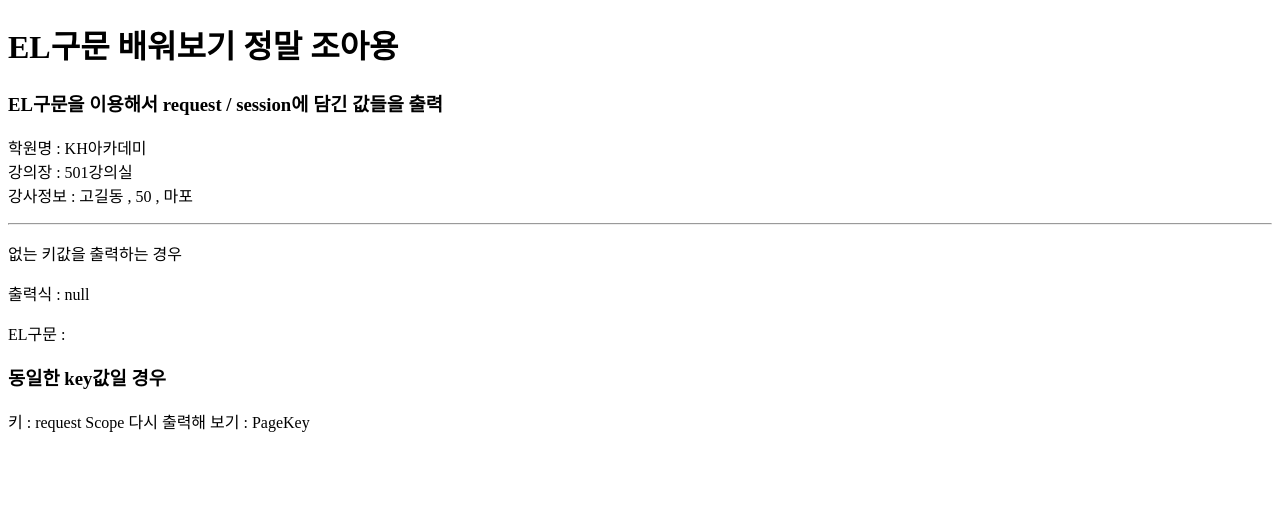
Repository: rlaehqkf/java_practice
Page: http://localhost/ActionProject/el.do
The author's editor kept a copy of each file at every save. The page is drawn from the files as they stood at one save, then again after the next save.
The browser window is 1280 px wide. The pictures show the whole page.
The page is served by Tomcat 9.

Above is the page before, as saved 2026-05-06 06:14:13.

### ActionProject/src/main/webapp/WEB-INF/views/01_el.jsp
<%@ page language="java" contentType="text/html; charset=UTF-8"
    pageEncoding="UTF-8"%>

<%@ page import="com.kh.el.model.dto.Person" %>

<!DOCTYPE html>
<html>
<head>
<meta charset="UTF-8">
<title>초강력 JSP</title>
</head>
<body>

	<h1>EL구문 배워보기 정말 조아용</h1>

	<%--

	<%
		String classRoom = (String)request.getAttribute("classRoom");
		Person student = (Person)request.getAttribute("student");

		String academy = (String)session.getAttribute("academy");
		Person lecture = (Person)session.getAttribute("lecture");
	%>

	<p>
		학원명 : <%= academy %> <br>
		강의장 : <%= classRoom %> <br>
		강사정보 : <%= lecture.getName() %>, <%= lecture.getAge() %>, <%= lecture.getAdress() %> <br><br>

		수강생의 정보
		<ul>
			<li> 이름 : <%= student.getName() %></li>
			<li> 나이 : <%= student.getAge() %></li>
			<li> 주소 : <%= student.getAdress() %></li>
		</ul>
	</p>
	--%>

	<h3>EL구문을 이용해서 request / session에 담긴 값들을 출력</h3>

	<p>
		학원명 : ${ academy } <br>
		강의장 : ${ classRoom } <br>
		강사정보 : ${ lecture.name } , ${ lecture.age } , ${ lecture.address } <br>
					<!-- getName() -->



		<!--
			실제로 필드에 직접 접근하는 것은 불가능
			.name => getName()
			내부적으로 getter메소드를 찾아서 호출하는 값을 출력하는 구조
		-->
	</p>

	<hr>

	<p>없는 키값을 출력하는 경우</p>

	<p>출력식 : <%= request.getAttribute("clasRoom") %> </p>
	<p>EL구문 : ${ clasRoom }</p>

	<h3>동일한 key값일 경우</h3>

	키 : ${ key }

	<%
		// page Scope 에 추가
		pageContext.setAttribute("key", "PageKey");
	%>

	다시 출력해 보기 : ${ key } <br>

	<!--

		EL구문은 가장 적은 범위의 scope부터 키값을 찾음
		page => request => session => application순으로 키 값을 검색

		모든 영역을 다 찾았는데 키가 존재하지 않는다? => 아무일도 일어나지 않음 오류 안남
	 -->











</body>
</html>

### ActionProject/src/main/java/com/kh/el/controller/ElServlet.java
package com.kh.el.controller;

import java.io.IOException;
import javax.servlet.ServletException;
import javax.servlet.annotation.WebServlet;
import javax.servlet.http.HttpServlet;
import javax.servlet.http.HttpServletRequest;
import javax.servlet.http.HttpServletResponse;
import javax.servlet.http.HttpSession;

import com.kh.el.model.dto.Person;


@WebServlet("/el.do")
public class ElServlet extends HttpServlet {
	private static final long serialVersionUID = 1L;


    public ElServlet() {
        super();
        // TODO Auto-generated constructor stub
    }


	protected void doGet(HttpServletRequest request, HttpServletResponse response) throws ServletException, IOException {
		// 만약 서블릿에서 응답할 데이터가 존재한다면!!
		// JSP로 포워딩 할 때 request.setAttribute("name값", "value값") -> forward~~
		// request -> Servlet내장객체 / Scope객체


		// application / session / request / page

		/*
		 * 1. application scope : ServletContext
		 * 한 애플리케이션 당 딱 한개 존재하는 객체
		 * 이 영역에 데이터를 담으면 애플리케이션 전역에서 사용 가능
		 *
		 *
		 * 2. session scope : HttpSession
		 * 하나의 브라우저 당, 한개 존재하는 객체
		 * 이 영역에 데이터를 담으면 JSP/Servlet단에서 사용 가능
		 * 값이 한 번 담기면 서버를 멈추거나, 세션을 비우거나(로그아웃), 브라우저가 닫히기 전까지는 계속 사용 가능
		 *
		 * 3. request scope : HttpServletRequest
		 * 요청 및 응답 시 매번 생성되는 객체
		 * 이 영역에 데이터를 담으면 해당 request를 포워딩 받는 응답 JSP에서만 사용가능(1회성)
		 *
		 * 4. page scope : PageContext
		 * JSP페이지에서만 사용가능
		 *
		 * => 위 객체들에 속성을 추가할 때는 .setAttribute("name값" 벨류);
		 * 							  .getAttribute("name값");
		 * 							  .removeAttribute("name값");
		 *
		 */
		// DB에서 작업한 요청 처리 결과
		// DTO(VO) 한 개, List<DTO>, int, String

		request.setAttribute("classRoom", "501강의실");
		request.setAttribute("student", new Person("홍길동", 15, "한양"));

		// sessionScope
		HttpSession session = request.getSession();
		session.setAttribute("academy", "KH아카데미");
		session.setAttribute("lecture", new Person("고길동", 50, "마포"));

		// 동일한 key
		request.setAttribute("key", "request Scope");
		session.setAttribute("key", "session Scope");


		// 응답 뷰 배정 -> 포워딩
		request.getRequestDispatcher("WEB-INF/views/01_el.jsp").forward(request, response);

	}




	protected void doPost(HttpServletRequest request, HttpServletResponse response) throws ServletException, IOException {
		// TODO Auto-generated method stub
		doGet(request, response);
	}

}

### ActionProject/src/main/java/com/kh/el/model/dto/Person.java
package com.kh.el.model.dto;

public class Person {
	private String name;
	private int age;
	private String address;

	public Person(String name, int age, String address) {
		super();
		this.name = name;
		this.age = age;
		this.address = address;
	}
	public Person() {
		super();
	}
	public String getName() {
		return name;
	}
	public void setName(String name) {
		this.name = name;
	}
	public int getAge() {
		return age;
	}
	public void setAge(int age) {
		this.age = age;
	}
	public String getAddress() {
		return address;
	}
	public void setAdress(String address) {
		this.address = address;
	}

	@Override
	public String toString() {
		return "Person [name=" + name + ", age=" + age + ", address=" + address + "]";
	}



}

After the next save:
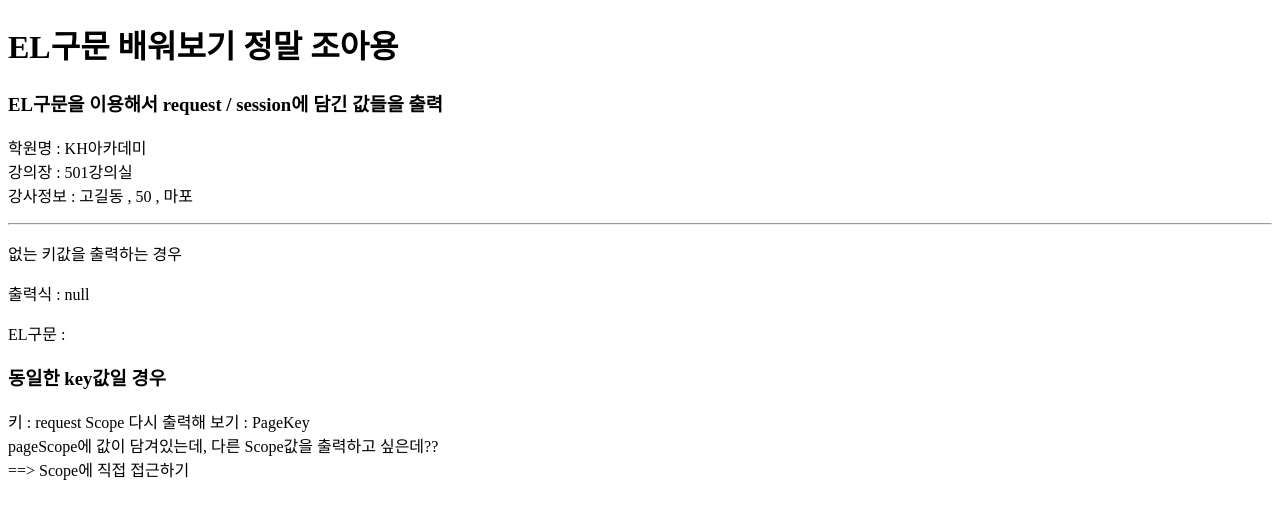
Saved 70 s later.
--- a/ActionProject/src/main/webapp/WEB-INF/views/01_el.jsp
+++ b/ActionProject/src/main/webapp/WEB-INF/views/01_el.jsp
@@ -80,7 +80,9 @@
 		모든 영역을 다 찾았는데 키가 존재하지 않는다? => 아무일도 일어나지 않음 오류 안남
 	 -->
 
+	pageScope에 값이 담겨있는데, 다른 Scope값을 출력하고 싶은데?? <br>
 
+	==> Scope에 직접 접근하기 <br><br>
 
 
 
